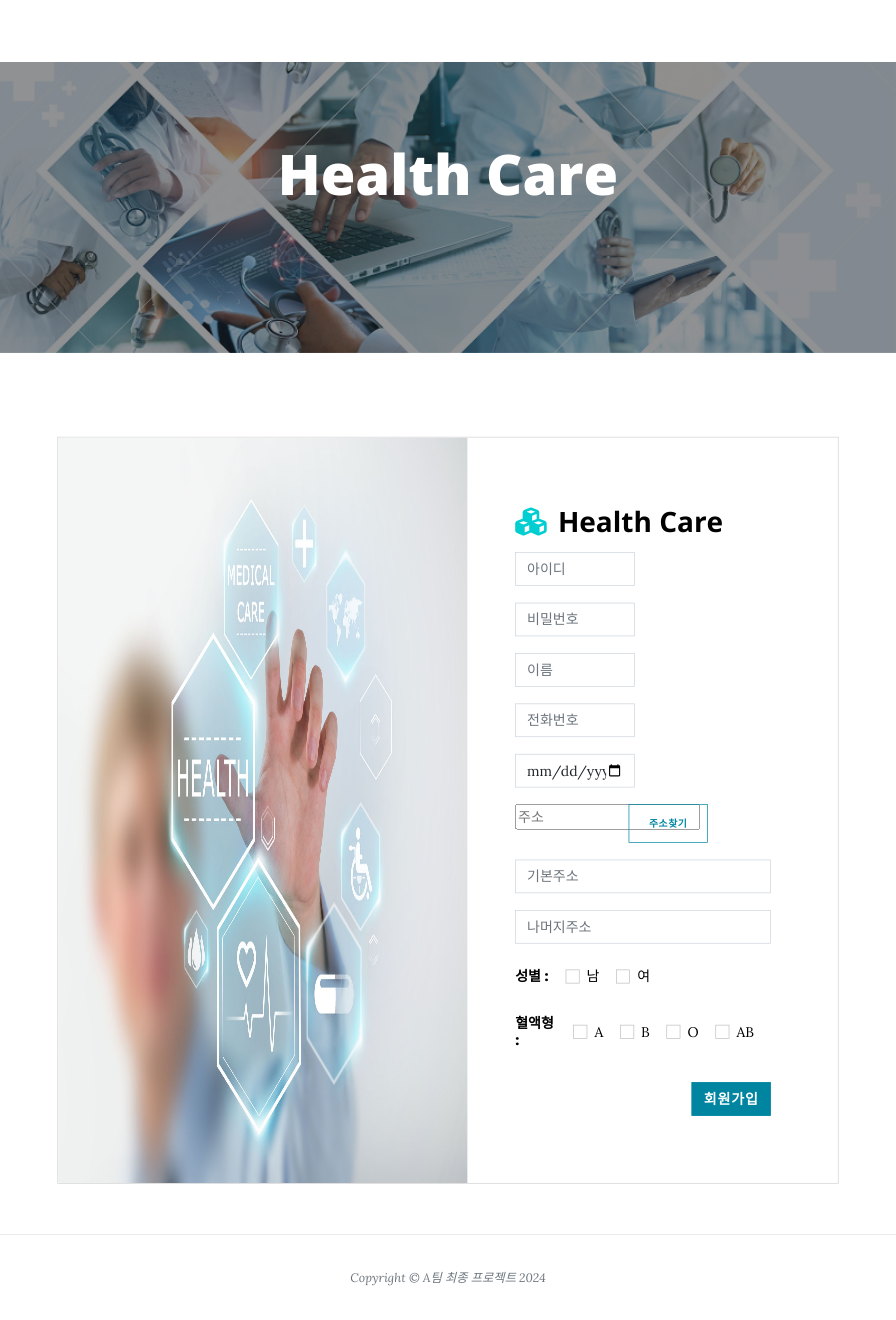
Repository: honsb91/project
Page: http://localhost/hospital/member/join.jsp
The author's editor kept a copy of each file at every save. The page is drawn from the files as they stood at one save, then again after the next save.
The browser window is 1280 px wide. The pictures show the whole page, at 70% of full size.
Some web libraries are served in a nearby version. The page is served by Tomcat 9. Nobody is signed in. The application's start-up code is not run.

Above is the page before, as saved 2024-01-26 03:24:45.

After the next save:
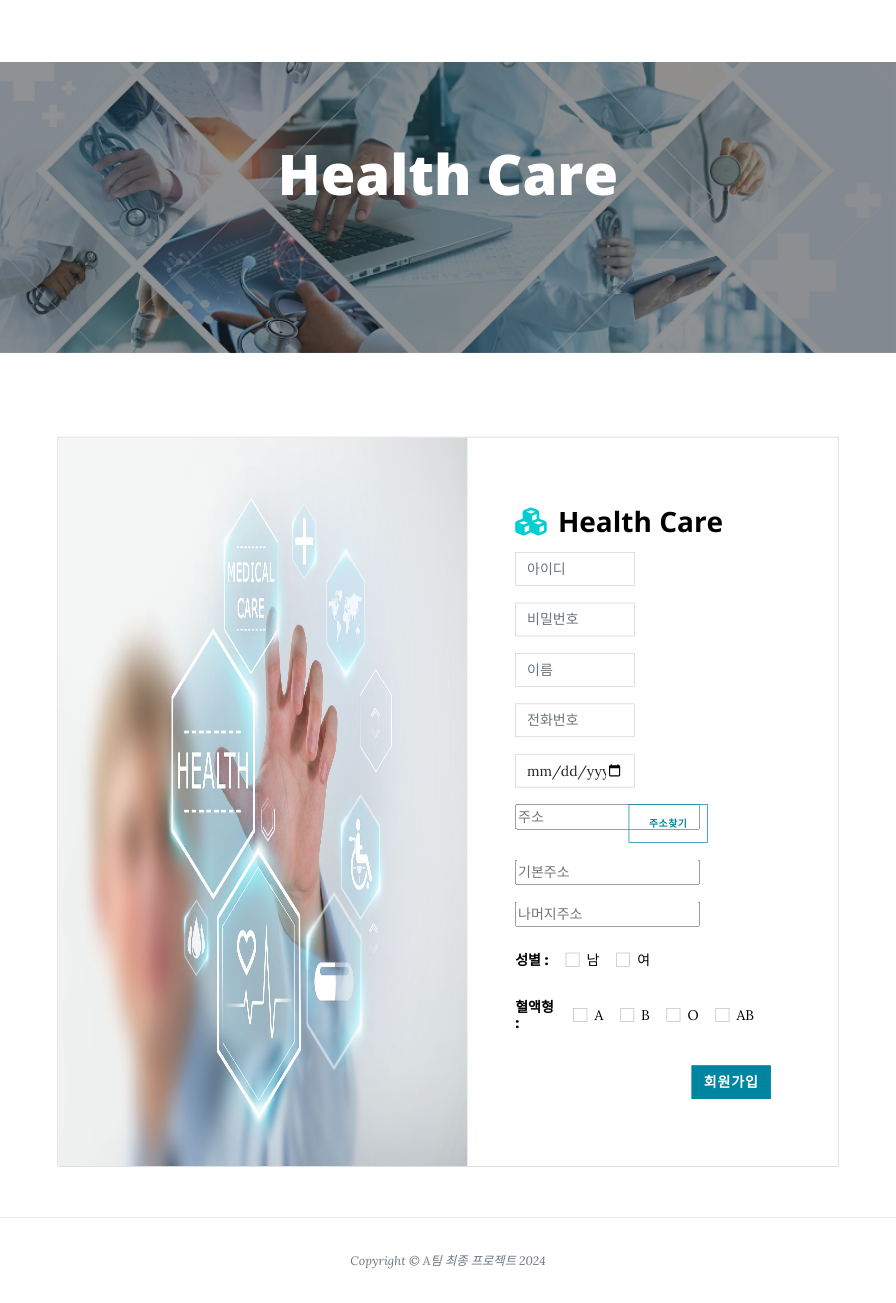
Saved 72 s later.
--- a/hospital/src/main/webapp/member/join.jsp
+++ b/hospital/src/main/webapp/member/join.jsp
@@ -66,7 +66,7 @@
                 <div class="row">
     				<div class="col-md-5 mb-4">
         				<div class="form-outline">
-            				<input type="text" id="form3Example1m1" class="address-input_1" placeholder="주소"/>
+            				<input type="text" name="userAddr1" class="address-input_1" placeholder="주소"/>
         				</div>
     				</div>
     				<div class="col-md-5 mb-4">
@@ -75,11 +75,11 @@
 				</div>
 
                 <div class="form-outline mb-4">
-                  <input type="text" id="form3Example8" class="form-control form-control-lg" placeholder="기본주소"/>
+                  <input type="text" name="userAddr2" class="address-input_2" placeholder="기본주소"/>
                 </div>
 
                 <div class="form-outline mb-4">
-                  <input type="text" id="form3Example8" class="form-control form-control-lg" placeholder="나머지주소"/>
+                  <input type="text" name="userAddr3" class="address-input_3" placeholder="나머지주소"/>
                 </div>
 
 
